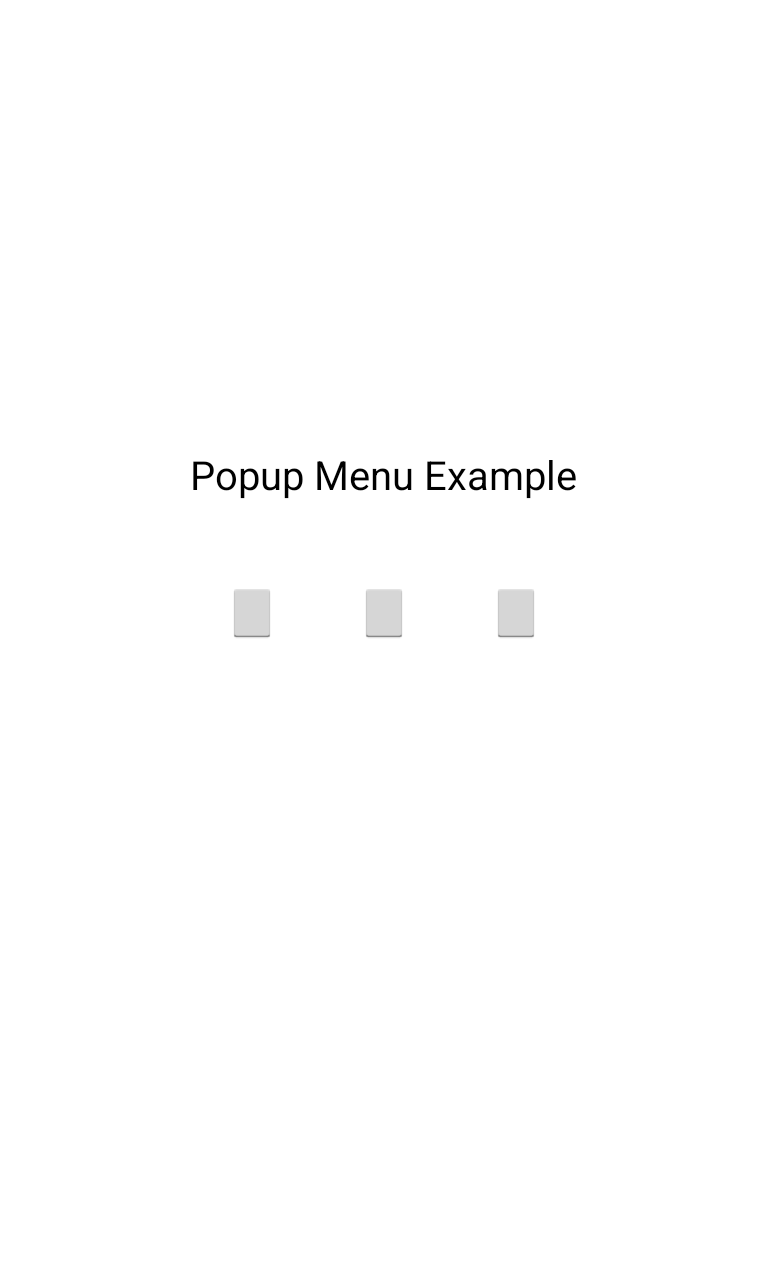
Repository: k-chung/fatelogin
Layout: popupmenu/Main/res/layout/main.xml
The author's editor kept a copy of each file at every save. The layout is drawn from the files as they stood at one save, then again after a run of saves.
It is drawn on a 768 x 1280 px phone screen (xhdpi) without system bars, with theme AppTheme; the app's code is not run.

Above is the layout before, as saved 2014-08-16 23:38:08.

### popupmenu/Main/res/layout/main.xml
<LinearLayout xmlns:android="http://schemas.android.com/apk/res/android"
    android:layout_width="fill_parent"
    android:layout_height="fill_parent"
    android:gravity="center"
    android:orientation="vertical">

    <TextView
        android:layout_width="wrap_content"
        android:layout_height="wrap_content"
        android:layout_gravity="center"
        android:textSize="20sp"
        android:textColor="#000000"
        android:layout_margin="20dip"
        android:text="Popup Menu Example" />

    <LinearLayout
        android:layout_width="wrap_content"
        android:layout_height="wrap_content"
        android:orientation="horizontal">
	    <ImageButton
	        android:layout_width="wrap_content"
	        android:layout_height="wrap_content"
	        android:layout_margin="20dip"
	        android:layout_gravity="center"
	        android:id="@+id/anchor"/>
	    <ImageButton
	        android:layout_width="wrap_content"
	        android:layout_height="wrap_content"
	        android:layout_margin="20dip"
	        android:layout_gravity="center"
	        android:id="@+id/person1"/>
	    <ImageButton
	        android:layout_width="wrap_content"
	        android:layout_height="wrap_content"
	        android:layout_margin="20dip"
	        android:layout_gravity="center"
	        android:id="@+id/person2"/>
    </LinearLayout>

    <TextView
        android:layout_width="wrap_content"
        android:layout_height="wrap_content"
        android:layout_margin="20dip"
        android:layout_gravity="center"
        android:textSize="40sp"
        android:textColor="#808080"
        android:id="@+id/selection"/>

</LinearLayout>

Loaded but not shown: popupmenu/Main/res/values/styles.xml (common file); popupmenu/Main/res/values-v11/styles.xml (common file); popupmenu/Main/res/values-v14/styles.xml (common file)

After the next 4 saves:
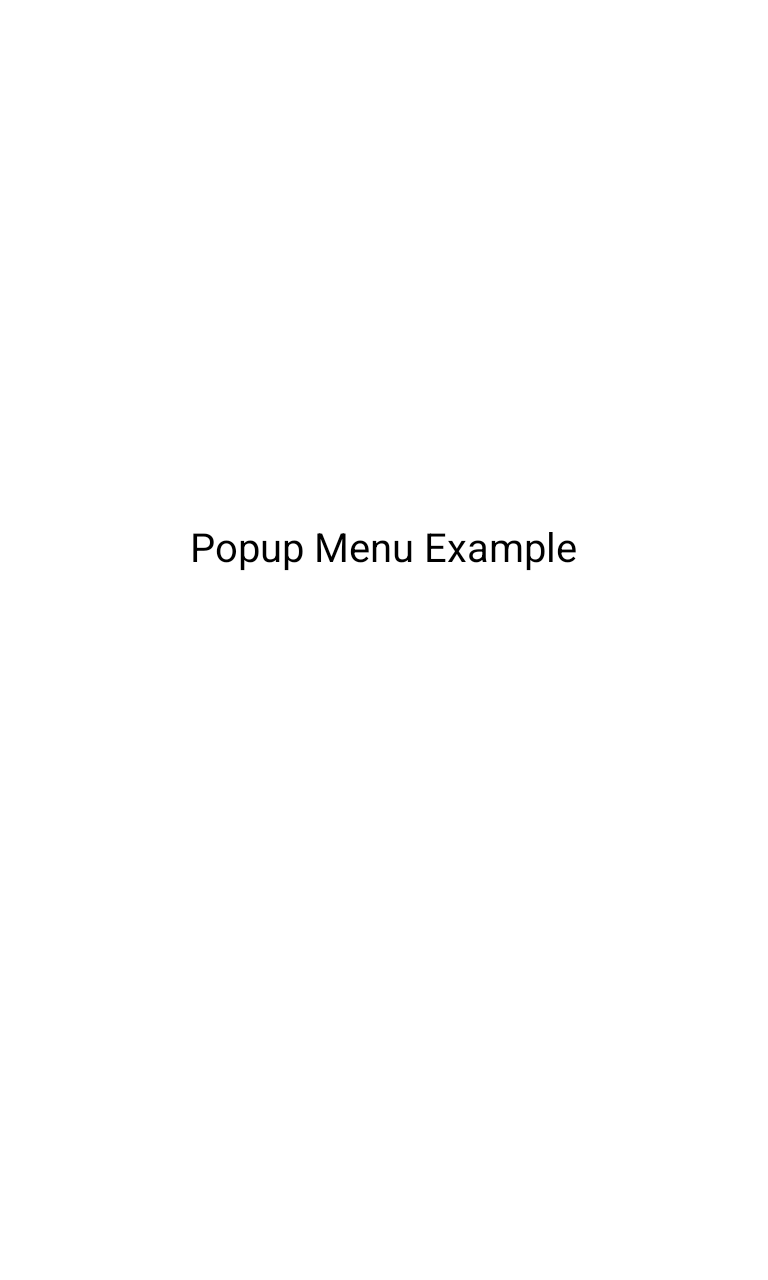
The 4 saves are shown as one change because 2 did not build or start and some came seconds apart.
The last was saved 20 min 48 s later.
--- a/popupmenu/Main/res/layout/main.xml
+++ b/popupmenu/Main/res/layout/main.xml
@@ -14,8 +14,7 @@
         android:text="Popup Menu Example" />
 
     <LinearLayout
-        android:layout_width="wrap_content"
-        android:layout_height="wrap_content"
+
         android:orientation="horizontal">
 	    <ImageButton
 	        android:layout_width="wrap_content"
